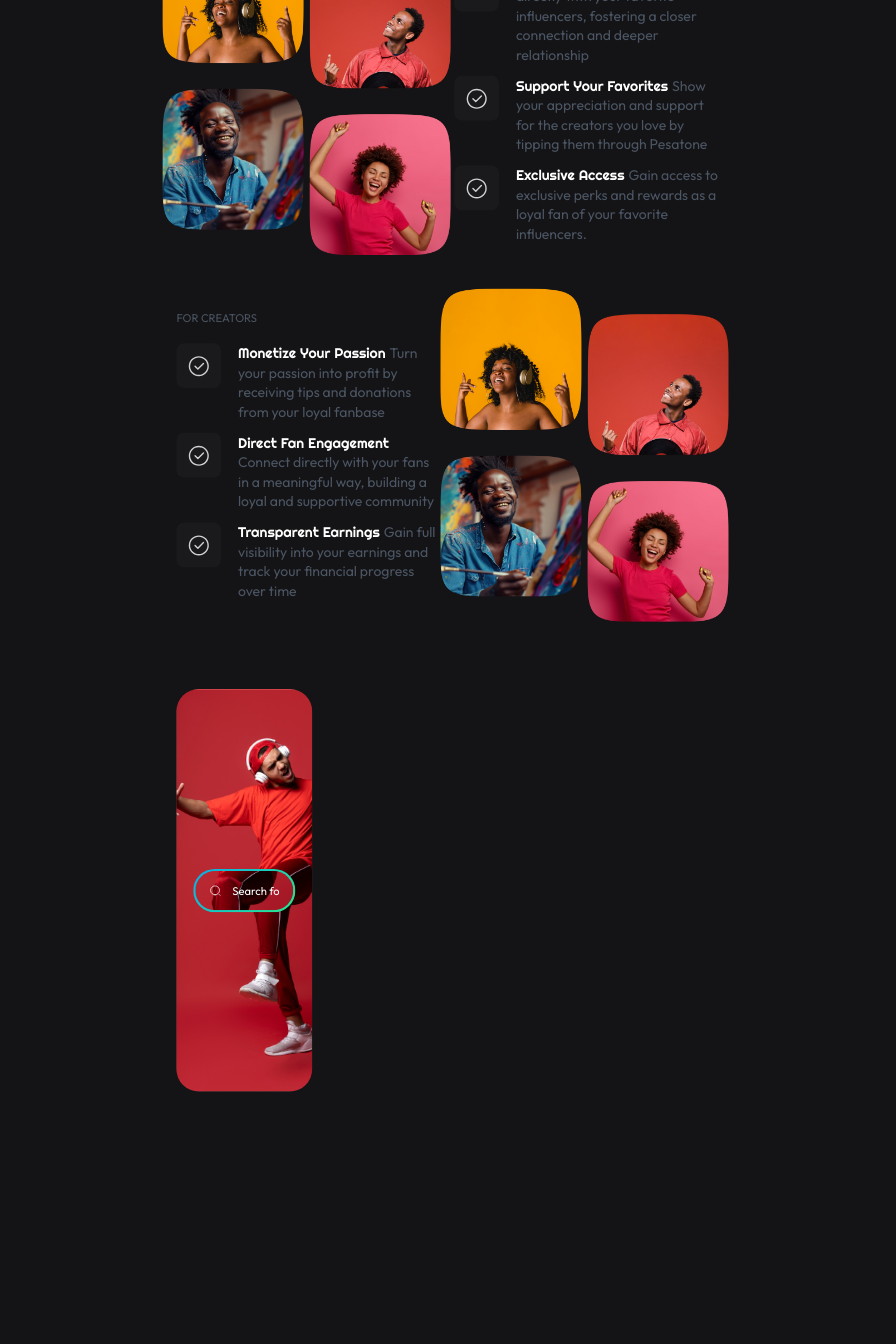
Repository: felixdusengimana/capstone-project-mirror
Page: / (app in frontend/)
These files come from the project's save history. The page is drawn as it stood at one moment and after the next save; the edit follows.
The browser window is 1280 px wide. The pictures show the part of the page from y = 2035 to 3955 px (the page is 3955 px tall), at 70% of full size.
The project was rebuilt for these pictures with package versions that can differ from the ones it lists, and the page was loaded fresh each time. The framework's server and built-in components were replaced by stand-ins that run in the browser. Also part of the build but not shown: frontend/next.config.mjs.

Above is the page before, as saved 2024-03-11 16:29:40.

After the next save:
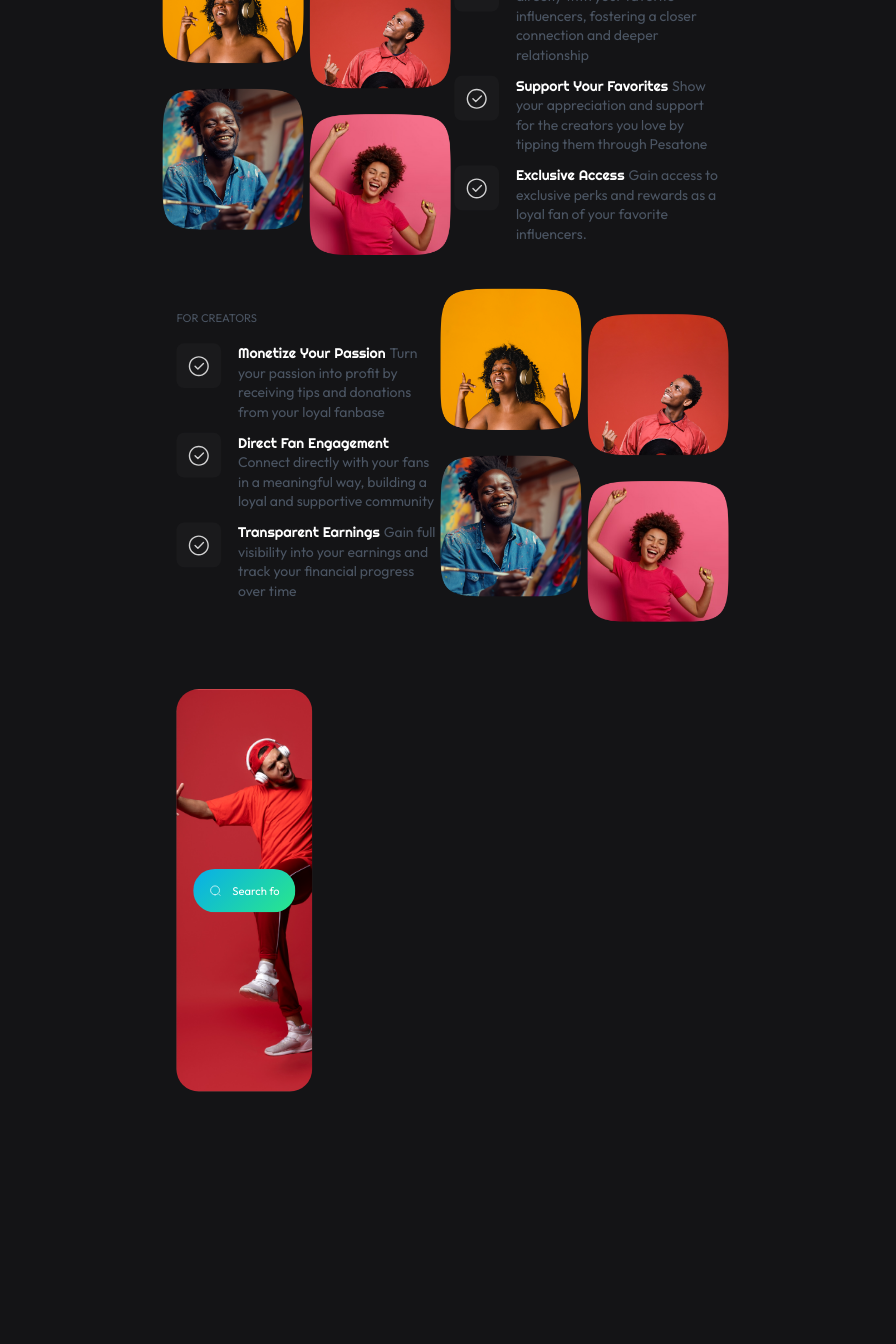
Saved 14 s later.
--- a/frontend/app/globals.css
+++ b/frontend/app/globals.css
@@ -41,6 +41,6 @@
   border: 3px solid transparent;
   border-radius: 50px;
   background:
-    url(/creator-bg.png) padding-box center,
+    url() padding-box center,
     linear-gradient(-45deg, #2ae88a 0%, #08aeea 100%) border-box;
 }

After the save that followed:
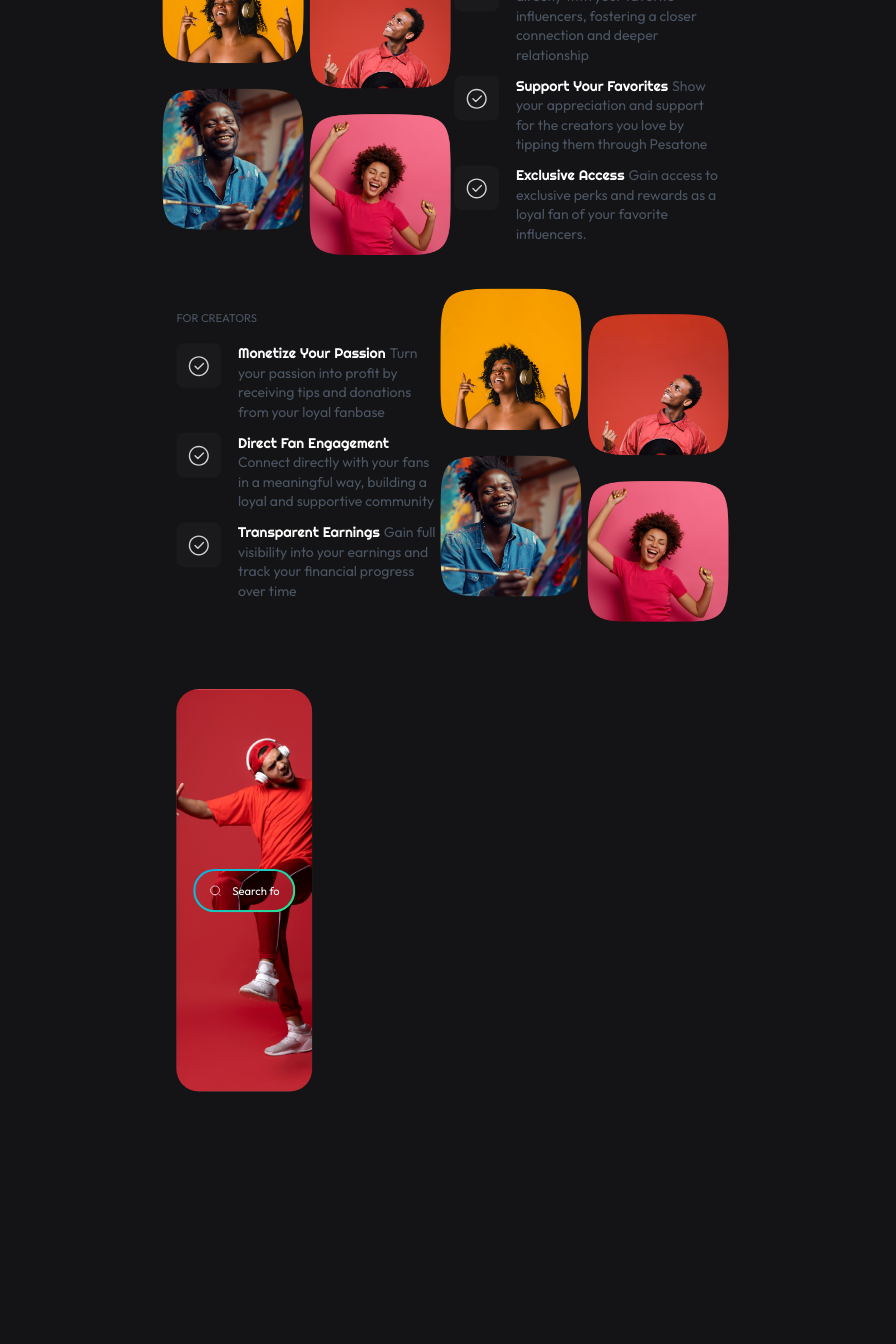
Saved 4 s later.
--- a/frontend/app/globals.css
+++ b/frontend/app/globals.css
@@ -41,6 +41,6 @@
   border: 3px solid transparent;
   border-radius: 50px;
   background:
-    url() padding-box center,
+    url(/creator-bg.png) padding-box center,
     linear-gradient(-45deg, #2ae88a 0%, #08aeea 100%) border-box;
 }
